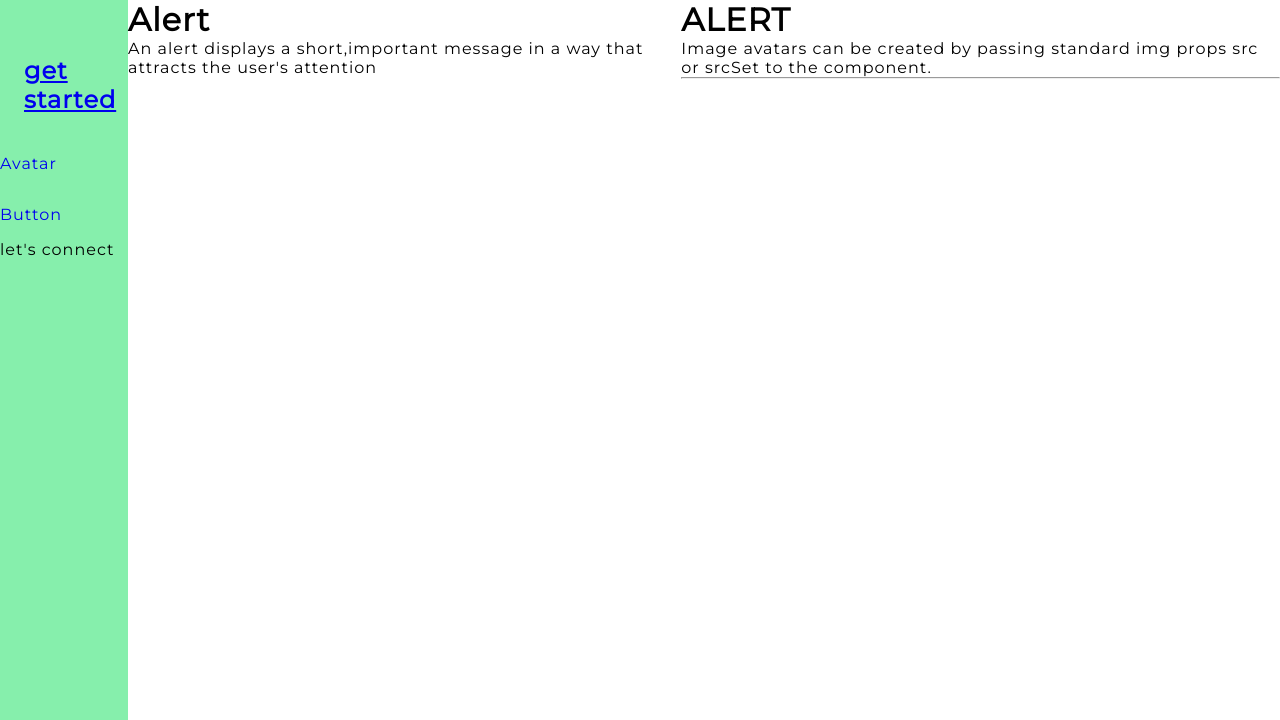
Repository: Anasooya2601/Components_UI
Page: components/Alert/Alert.html
An editor plug-in stored every save of this project. The page is shown before and after the next save, followed by the edit.
The browser window is 1280 px wide. The pictures show the whole page.

Above is the page before, as saved 2022-02-12 09:34:33.
Not found: components/
Not found: components/Avatar/index.css

After the next save:
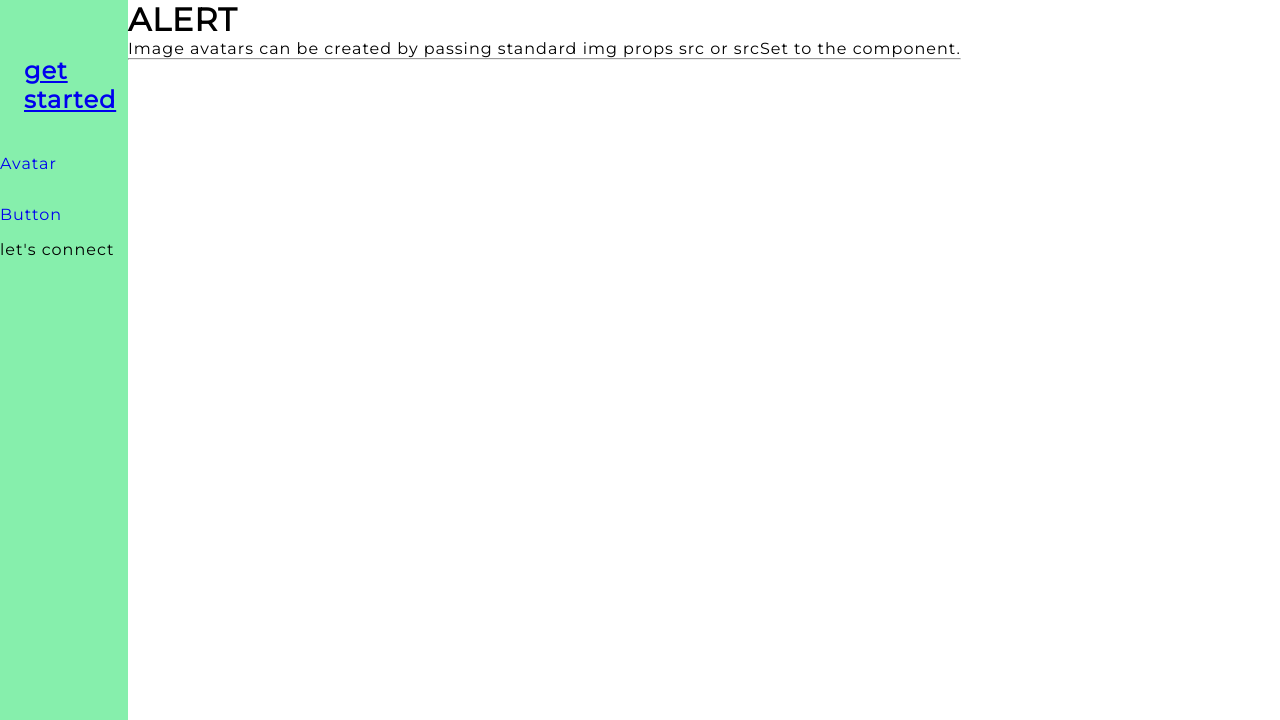
Saved 5 s later.
--- a/components/Alert/Alert.html
+++ b/components/Alert/Alert.html
@@ -34,14 +34,7 @@
         </div>
         </div>
 
-    <div class="main">
-        <div class="main-header">
-            <div>
-                <h1 class="main-header-text">Alert</h1>
-            </div>
-            <p>An alert displays a short,important message in a way that attracts the user's attention</p>
-        </div>
-    </div>
+
     <div class="header">
         <div class="section-header">
             <div>
